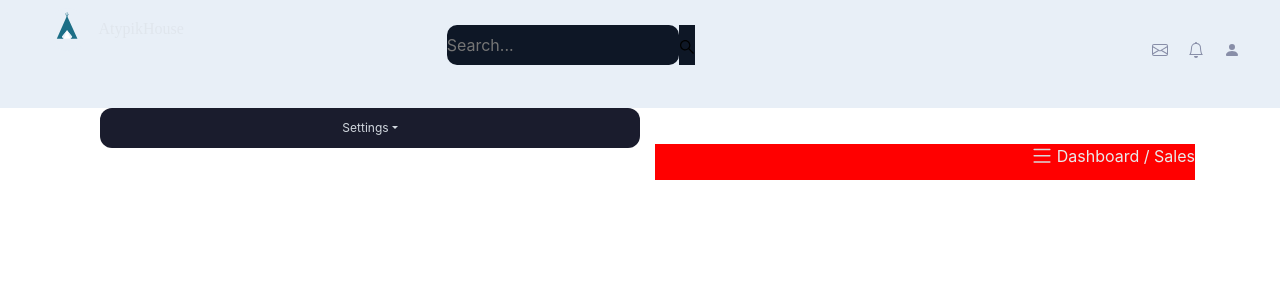
Repository: kifack/API-Symfony-AtypikHouse
Page: / (app in admin-frontend/)
The author's editor kept a copy of each file at every save. The page is drawn from the files as they stood at one save, then again after the next save.
The browser window is 1280 px wide. The pictures show the whole page.
Some web libraries are served in a nearby version. The project was rebuilt for these pictures with package versions that can differ from the ones it lists, and the page was loaded fresh each time. Also part of the build but not shown: admin-frontend/src/css/Responsive.css, admin-frontend/src/css/admin/navbar.css, admin-frontend/src/components/template_parts/Header.js, admin-frontend/src/components/template_parts/Footer.js, admin-frontend/src/components/template_parts/Sidebar.js, admin-frontend/src/components/partials/LocationEntry.js, admin-frontend/src/components/template_parts/Spinner.js, admin-frontend/src/actions/location.js and 26 more.

Above is the page before, as saved 2020-10-01 18:39:24.

### admin-frontend/public/index.html
<!DOCTYPE html>
<html lang="en">
  <head>
    <meta charset="utf-8" />
    <link rel="icon" href="%PUBLIC_URL%/atypikhouse.ico" />
    <meta name="viewport" content="width=device-width, initial-scale=1" />
    <meta name="theme-color" content="#000000" />
    <meta
      name="description"
      content="Web site created using create-react-app"
    />
    <link
      rel="stylesheet"
      href="https://use.fontawesome.com/releases/v5.8.1/css/all.css"
      integrity="sha384-50oBUHEmvpQ+1lW4y57PTFmhCaXp0ML5d60M1M7uH2+nqUivzIebhndOJK28anvf"
      crossorigin="anonymous"
    />
    <!--
      manifest.json provides metadata used when your web app is installed on a
      user's mobile device or desktop. See https://developers.google.com/web/fundamentals/web-app-manifest/
    -->
    <!-- <link rel="manifest" href="%PUBLIC_URL%/manifest.json" /> -->
    <!--
      Notice the use of %PUBLIC_URL% in the tags above.
      It will be replaced with the URL of the `public` folder during the build.
      Only files inside the `public` folder can be referenced from the HTML.

      Unlike "/favicon.ico" or "favicon.ico", "%PUBLIC_URL%/favicon.ico" will
      work correctly both with client-side routing and a non-root public URL.
      Learn how to configure a non-root public URL by running `npm run build`.
    -->
    <script
      src="https://code.jquery.com/jquery-3.5.1.min.js"
      integrity="sha256-9/aliU8dGd2tb6OSsuzixeV4y/faTqgFtohetphbbj0="
      crossorigin="anonymous"
    ></script>
    <script src="https://stackpath.bootstrapcdn.com/bootstrap/4.5.2/js/bootstrap.min.js"></script>
    <script
      src="https://code.jquery.com/jquery-3.5.1.min.js"
      integrity="sha256-9/aliU8dGd2tb6OSsuzixeV4y/faTqgFtohetphbbj0="
      crossorigin="anonymous"
    ></script>

    <script src="https://stackpath.bootstrapcdn.com/bootstrap/4.5.2/js/bootstrap.min.js"></script>
    <title>AtypikHouse</title>
  </head>
  <body>
    <noscript>You need to enable JavaScript to run this app.</noscript>
    <div id="root"></div>
    <!--
      This HTML file is a template.
      If you open it directly in the browser, you will see an empty page.

      You can add webfonts, meta tags, or analytics to this file.
      The build step will place the bundled scripts into the <body> tag.

      To begin the development, run `npm start` or `yarn start`.
      To create a production bundle, use `npm run build` or `yarn build`.
    -->
  </body>
</html>

### admin-frontend/src/index.js
import React from 'react';
import ReactDOM from 'react-dom';
import App from './components/App';
import 'bootstrap/dist/css/bootstrap.min.css';
import { Provider } from 'react-redux';
import configureStore from './store/store';
import HeaderBack from './components/backend/HeaderBack';


const store = configureStore();
ReactDOM.render(
  <React.StrictMode>
    <Provider store={store}>
      <HeaderBack />
    </Provider>

  </React.StrictMode>,
  document.getElementById('root')
);

### admin-frontend/src/store/store.js
import { createStore, applyMiddleware } from "redux";
import { composeWithDevTools } from "redux-devtools-extension";
import thunk from "redux-thunk";
import rootReducer from "../reducers";

const configureStore = () => {
  const initialState = {};

  const middleware = [thunk];

  const store = createStore(
    rootReducer,
    initialState,
    composeWithDevTools(applyMiddleware(...middleware))
  );
  return store;
};

export default configureStore;

### admin-frontend/src/components/backend/HeaderBack.js
import React from "react";
import { Navbar, Nav, Image, Row, Container, Col } from "react-bootstrap";
import { BsBell, BsEnvelope, BsFillPersonFill, BsList } from "react-icons/bs";
import { FaSistrix } from "react-icons/fa";
import logo from './../../media/logonegatif.svg';


class HeaderBack extends React.Component{
    render(){
        return(

            <header>
            <Navbar>

                <div className="blue-sky menuhaut">
                <Container >
                <Row className="align-items-center">
                    <Col>
                        <Nav.Link><Image class="logo"src={logo}/><span class="titlesite">AtypikHouse</span></Nav.Link>
                    </Col>
                    <Col>
                        <form >

                        <input  type="text" placeholder="Search..." aria-label="Search"  />
                        <button type="submit" ><FaSistrix className="icons"/></button>
                        </form>
                    </Col>
                    <Col className="d-flex justify-content-end">
                        <Nav.Link><BsEnvelope className="icon-env"/></Nav.Link>
                        <Nav.Link><BsBell className="icon-bell"/></Nav.Link>
                        <Nav.Link><BsFillPersonFill className="icon-person"/></Nav.Link>
                    </Col>
                </Row >
                </Container>
                </div>

                    <div class="sous-header">
                    <Container>
                    <Row className="align-items-center">
                        <Col>
                        <button class="dropdown-toggle" type="button" id="setting">Settings</button>
                        </Col>
                        <Col className="d-flex justify-content-end">
                        <BsList class="icon-list"/>
                        <span class="titlelist"> Dashboard / Sales</span>
                        </Col>


                    </Row>
                    </Container>
                    </div>

            </Navbar>
         </header>


        )
    }

}

export default HeaderBack;

### admin-frontend/src/utils/setAuthToken.js
import api from "./api";

const setAuthToken = (token) => {
  if (token) {
    console.log("setting...");
    api.defaults.headers.common.authorization = "Bearer " + token;
    localStorage.setItem("token", token);
  } else {
    console.log("deleting...");
    delete api.defaults.headers.common["Authorization"];
    localStorage.removeItem("token");
  }
};

export default setAuthToken;

### admin-frontend/src/css/App.css
:root {
  --primaryColor: #1c6e86;
  --secondaryColor :#060818;
  --tierColor: #1e2020;
  --white: #ffffff;
}

* {
  margin: 0;
  padding: 0;
  box-sizing: border-box;
}

@font-face {
  font-family: "title-logo";
  src: url("./../polices/vagnotie.otf");
}
@font-face {
  font-family: "title-block";
  src: url("./../polices/Vogue.ttf");
}
@font-face {
  font-family: "title-secondaire";
  src: url("./../polices/ArcaMajora3-Bold.otf");
}
@font-face {
  font-family : "sans-serifSpe";
  src: url("./../polices/Myriad-Pro_31655.ttf");
}

.blue-sky {
  background-color: var(--secondaryColor);
}
body .blue-Marine {
  background-color: var(--primaryColor);
}

.titleBlock {
  font-family: "title-block";
  padding-top: 30px;
  font-size: 1.3rem;
  color: var(--tiercolor);
}
.titleConte{
  text-align: center;
}
.btnNb{
  padding: 10px 20px;
  text-decoration: none;
  border-radius: 20px;
  font-family: "title-secondaire";
  font-size: 1rem;
}
.secondaryNb {
  color: var(--secondaryColor);
}
.btnNb:hover {
  text-decoration: none;
  color: var(--primaryColor);
  background-color: var(--secondaryColor);
}
.conteneurBtn {
  padding-top: 20px;
}
img {
  width: 100%;
}


/*********************************************************** Header backend ************************************************************************************/











.icon-list{

 color: #d9dadc;
 width: 30px;
 height: 25px;

}


.fond{
 background: #1a1c2d;
}

/* ################################# Header ###########################*/
header .navbar{
  padding: 0;
  margin: 0;
  display: block;
}

header .menuhaut{
  height: 15vh;
  padding: 0;
  margin: 0;
}
header .menuhaut .col:first-child{
  width: 30%;
  height: 15vh;

}
header .menuhaut .col:nth-child(2){
  width: 30%;
  height: 8vh;

}
header .menuhaut .col:nth-child(3){
  width: 30%;
  height: 5vh;

}
header .menuhaut .col:nth-child(3) .nav-link{
  padding-left: 10px;
  padding-right: 10px;
  padding-top: 0px;
  padding-bottom: 10px;

}

header .menuhaut .row{
  width: 100%;
  height: 15vh;
  margin: 0;
  padding: 0;

}
header .menuhaut .container{
  max-width: 100% ;
  margin: 0;

}

header .container img {
  width: 12%;
  margin-right: 10px;

}

.titlesite, .logo{

  color: #e0e6ed;
  width: 30px;
  font-family: "title-secondair";
  font-size: 1.0rem;
}

.icon-env, .icon-bell, .icon-person {
  color: #888ea8;
}

header .sous-header .row{
  width: 100%;
  height: 15vh;
  margin: 0;
  padding: 0;

}

header .sous-header .col:first-child{
  width: 30%;
  height: 15vh;

}

header .sous-header .col:nth-child(2){
  width: 30%;
  height: 5vh;
  padding: 0;
  background-color: red;
}





input{
  background-color: #0e1726;
  border: 0px;
  border-radius: 10px;
  height: 40px;
  width: 60%;
}

button{
  background-color: #0e1726;
  border: 0px;
  border-radius: 10px;
  height: 40px;
}


button#setting {
  background-color: #1a1c2d;
  color: #d2d8df;
  border-color: #212837;
  font-size: 12px;
  width: 100%;
  border-radius: 12px;
  }

  .titlelist{

    color: #e9e9ea;
   }

### admin-frontend/src/reducers/index.js
import { combineReducers } from "redux";
import auth from "./auth";
import location from "./location";
import user from "./user";
import comment from "./comment";
import destination from "./destination";
import category from "./category";
import thematic from "./thematic";
import field from "./field";

export default combineReducers({
  auth,
  location,
  user,
  comment,
  destination,
  category,
  thematic,
  field,
});

### admin-frontend/src/utils/api.js
import axios from "axios";
import store from "../store/store";
import { LOGOUT } from "../actions/types";

const api = axios.create({
  baseURL: "http://localhost:8000/api/v01",
  // baseURL: "http://api.f2i-dev2-ami-bc-akb-vyk.fr/api/v01",
  headers: {
    "Content-Type": "application/json",
    Accept: "application/json",
  },
});

const { dispatch } = store;

export default api;

### admin-frontend/src/css/sidebar.css
:root {
  --primaryColor: #0090d9;
  --secondaryColor: #e8f1f8;
  --tierColor: #1e2020;
  --white: #ffffff;
}

.sidebar {
  width: 240px;
  min-height: 100vh;
  transition: 0.4s;
  transition-property: width;
  background-color: #fff;

  /* background-image: linear-gradient(180deg, #4e73df 10%, #224abe 100%); */
  /* overflow-y: auto; */
}

.sidebar ul {
  /* color: var(--primaryColor); */
  height: 100%;
  width: 100%;
  list-style: none;
}
.sidebar .menu li {
  line-height: 60px;
  border-bottom: 1px solid #bdb8d7;
  border-bottom: 1px solid rgba(0, 0, 0, 0.05);
  border-top: 1px solid rgba(255, 255, 255, 0.05);
}
.sidebar .menu li:last-child {
  border-bottom: 1px solid rgba(255, 255, 255, 0.05);
}
.sidebar .menu li a {
  position: relative;
  text-decoration: none;
  color: #6c757d;
  font-size: 16px;
  padding-left: 20px;
  font-weight: 500;
  display: block;
  width: 100%;
  border-left: 3px solid transparent;
}
.sidebar .menu li a > i {
  color: var(--primaryColor);
  padding-right: 8px;
}
.sidebar .menu li.active a {
  color: #fff;
  background: #4e73df;
  /* border-left-color: #000; */
}
.sidebar .menu li a:hover {
  /* background-color: #4e73df; */
  opacity: 0.9;
  color: var(--primaryColor);
}
.sidebar .menu ul {
  position: static;
  display: none;
  background-color: #fff;
}

.sidebar .menu ul li {
  line-height: 50px;
  border-top: none;
  color: var(--primaryColor);
}

.sidebar ul li a .item {
  /* margin-left: 15px; */
  transition: 0.4s;
  transition-property: display;
}
.sidebar .menu ul li a {
  font-size: 15px;
  color: #6c757d;
  padding-left: 50px;
}
.sidebar .menu li.active ul li a {
  color: #e6e6e6;
  background: #1b1b1b;
  border-left-color: transparent;
}
.sidebar .menu ul li a:hover {
  border-left-color: var(--primaryColor);
  border-left-width: 5px;
}
.sidebar li a .caret-menu {
  position: absolute;
  top: 50%;
  right: 20px;
  transform: translateY(-50%);
  font-size: 18px;
  transition: transform 0.7s;
}
.sidebar li a span.rotate {
  transform: translateY(-50%) rotate(-180deg);
}

.wrapper.collapse-sidebar .sidebar {
  width: 70px;
}

.wrapper.collapse-sidebar .main_content {
  width: calc(100% - 70px);
}

.wrapper.collapse-sidebar .sidebar .item,
.submenu,
.wrapper.collapse-sidebar .sidebar .submenu li {
  display: none;
}

### admin-frontend/src/css/card.css
/* Navigation tabs */
:root {
  --primaryColor: #0090d9;
  --secondaryColor: #e8eff7;
  --tierColor: #1e2020;
  --white: #ffffff;
}
.tabs {
  /* width: 730px; */
  height: 100vh;
  overflow: hidden;
  border-radius: 5px;
  box-shadow: 5px 10px 5px #ccc;
  border: 1px solid #eee;
  margin-right: 10px;
}
.tabs .tab-header {
  /* height: 40px; */
  display: flex;
  align-items: center;
  width: 100%;
  padding: 15px;
  /* border: 1px solid #eee; */
}

.tabs .tab-header > div {
  width: calc(100% / 2);
  text-align: center;
  color: #888;
  font-weight: 600;
  cursor: pointer;
  font-size: 14px;
  text-transform: uppercase;
  outline: none;
}
/* .tabs .tab-header > div > i {
  display: block;
  margin-bottom: 5px;
} */
.tabs .tab-header > div.active {
  color: var(--primaryColor);
}
.tabs .tab-indicator {
  position: relative;
  width: calc(100% / 2);
  height: 5px;
  background: var(--primaryColor);
  left: 0px;
  border-radius: 5px;
  transition: all 500ms ease-in-out;
}
.tabs .tab-body {
  position: relative;
  height: calc(100% - 60px);
  padding: 10px 5px;
}
.tabs .tab-body > div {
  padding: 20px;
  position: absolute;
  width: 100%;
  top: -200%;
  opacity: 0;
  transform: scale(0.9);
  transition: opacity 500ms ease-in-out 0ms, transform 500ms ease-in-out 0ms;
}
.tabs .tab-body > div.active {
  top: 0px;
  opacity: 1;
  transform: scale(1);
}

/* Display location  */
.img-container {
  position: relative;
}
/* Next & previous buttons */
.prev,
.next {
  cursor: pointer;
  position: absolute;
  text-decoration: none !important;
  top: 50%;
  width: auto;
  margin-top: -22px;
  padding: 16px;
  color: white !important;
  font-weight: bold;
  font-size: 18px;
  transition: 0.6s ease;
  border-radius: 0 3px 3px 0;
  user-select: none;
}

/* Position the "next button" to the right */
.next {
  right: 0;
  border-radius: 3px 0 0 3px;
}
.prev {
  left: 0;
}

/* On hover, add a black background color with a little bit see-through */
.prev:hover,
.next:hover {
  background-color: rgba(0, 0, 0, 0.8);
}
/* Fading animation */
.custom-fade {
  -webkit-animation-name: fade;
  -webkit-animation-duration: 1.5s;
  animation-name: fade;
  animation-duration: 1.5s;
}

@-webkit-keyframes fade {
  from {
    opacity: 0.4;
  }
  to {
    opacity: 1;
  }
}

@keyframes fade {
  from {
    opacity: 0.4;
  }
  to {
    opacity: 1;
  }
}

### admin-frontend/src/reducers/auth.js
import {
  LOAD_USER_REQUEST,
  USER_LOADED,
  AUTH_ERROR,
  LOGIN_REQUEST,
  LOGIN_SUCCESS,
  LOGIN_FAIL,
  LOGOUT,
} from "../actions/types";
import setAuthToken from "../utils/setAuthToken";

const initialState = {
  token: localStorage.getItem("token"),
  isAuthenticated: false,
  loading: false,
  user: null,
  isLogining: false,
  error: null,
};

export default function (state = initialState, action) {
  const { type, payload } = action;

  switch (type) {
    case LOAD_USER_REQUEST:
      return {
        ...state,
        loading: true,
      };
    case USER_LOADED:
      if (payload.roles.indexOf("ROLE_ADMIN") >= 0) {
        return {
          ...state,
          isAuthenticated: true,
          loading: false,
          user: payload,
        };
      } else {
        return {
          ...state,
          isAuthenticated: false,
          loading: false,
          error: "Vous n'avez pas des droits d'accés",
        };
      }
    case LOGIN_REQUEST:
      return {
        ...state,
        isLogining: true,
      };
    case LOGIN_SUCCESS:
      if (payload.user.roles.indexOf("ROLE_ADMIN") >= 0) {
        localStorage.setItem("token", payload.token);
        setAuthToken(payload.token);
        return {
          ...state,
          isAuthenticated: true,
          isLogining: false,
          user: payload.user,
        };
      } else {
        return {
          ...state,
          isAuthenticated: false,
          isLogining: false,
          error: "Vous n'avez pas des droits d'accéss",
        };
      }

    case AUTH_ERROR:
    case LOGOUT:
      console.log("logout");
      localStorage.removeItem("token");
      return {
        ...state,
        token: null,
        isAuthenticated: false,
        loading: false,
        user: null,
        error: payload,
      };

    case LOGIN_FAIL:
      return {
        ...state,
        isLogining: false,
        error: payload.message,
      };

    default:
      return state;
  }
}

### admin-frontend/src/reducers/location.js
import {
  LOAD_LOCATIONS,
  LOAD_LOCATIONS_SUCCESS,
  LOAD_LOCATIONS_ERROR,
  VALIDATE_LOCATION,
  VALIDATE_LOCATION_ERROR,
  DEACTIVATE_LOCATION,
  DEACTIVATE_LOCATION_ERROR,
  LOAD_LOCATION,
  LOAD_LOCATION_SUCCESS,
  LOAD_LOCATION_ERROR,
} from "../actions/types";

const initialState = {
  locations: [],
  location: null,
  loading: false,
  loadingLocation: true,
};

export default function (state = initialState, action) {
  const { type, payload } = action;
  let index, locations;

  switch (type) {
    case LOAD_LOCATIONS:
      return {
        ...state,
        loading: true,
      };
    case LOAD_LOCATIONS_SUCCESS:
      return {
        ...state,
        locations: payload,
        loading: false,
      };

    case LOAD_LOCATION:
      return {
        ...state,
        loadingLocation: true,
        location: null,
      };
    case LOAD_LOCATION_SUCCESS:
      return {
        ...state,
        location: payload,
        loadingLocation: false,
      };
    case VALIDATE_LOCATION:
      index = state.locations.findIndex((item) => item.id === payload);
      locations = state.locations;
      locations[index].status = 1;

      return {
        ...state,
        locations: [...locations],
        loading: false,
      };
    case DEACTIVATE_LOCATION:
      index = state.locations.findIndex((item) => item.id === payload);
      locations = state.locations;
      locations[index].status = 2;

      return {
        ...state,
        locations: [...locations],
        loading: false,
      };

    default:
      return state;
  }
}

### admin-frontend/src/reducers/user.js
import {
  LOAD_USERS,
  LOAD_USERS_ERROR,
  LOAD_USERS_SUCCESS,
  LOAD_USER,
  LOAD_USER_SUCCESS,
  LOAD_USER_ERROR,
  TOGGLE_SIDEBAR,
  ACTIVATE_USER,
  ACTIVATE_USER_ERROR,
  DEACTIVATE_USER,
  DEACTIVATE_USER_ERROR,
} from "../actions/types";

const initialState = {
  users: [],
  user: null,
  loading: false,
  loadingUser: true,
  showSidebar: true,
};

export default function (state = initialState, action) {
  const { type, payload } = action;
  let index, users;

  switch (type) {
    case LOAD_USERS:
      return {
        ...state,
        loading: true,
      };
    case LOAD_USERS_SUCCESS:
      return {
        ...state,
        users: payload,
        loading: false,
      };

    case LOAD_USER:
      return {
        ...state,
        user: null,
        loadingUser: true,
      };
    case LOAD_USER_SUCCESS:
      return {
        ...state,
        user: payload,
        loadingUser: false,
      };
    case ACTIVATE_USER:
      index = state.users.findIndex((item) => item.id === payload);
      users = state.users;
      users[index].status = 1;

      return {
        ...state,
        users: [...users],
        loading: false,
      };
    case DEACTIVATE_USER:
      index = state.users.findIndex((item) => item.id === payload);
      users = state.users;
      users[index].status = 0;

      return {
        ...state,
        users: [...users],
        loading: false,
      };

    case TOGGLE_SIDEBAR:
      return {
        ...state,
        showSidebar: !state.showSidebar,
      };

    default:
      return state;
  }
}

### admin-frontend/src/reducers/comment.js
import {
  LOAD_COMMENTS,
  LOAD_COMMENTS_SUCCESS,
  LOAD_COMMENTS_ERROR,
  DELETE_COMMENT,
  DELETE_COMMENT_ERROR,
} from "../actions/types";

const initialState = {
  comments: [],
  loading: false,
};

export default function (state = initialState, action) {
  const { type, payload } = action;

  switch (type) {
    case LOAD_COMMENTS:
      return {
        ...state,
        loading: true,
      };

    case LOAD_COMMENTS_SUCCESS:
      return {
        ...state,
        comments: payload,
        loading: false,
      };
    case DELETE_COMMENT:
      let filteredComments = state.comments.filter(
        (item) => item.id !== payload
      );
      return {
        ...state,
        comments: [...filteredComments],
        loading: false,
      };

    default:
      return state;
  }
}

### admin-frontend/src/reducers/destination.js
import {
  LOAD_DESTINATIONS,
  LOAD_DESTINATIONS_SUCCESS,
  LOAD_DESTINATIONS_ERROR,
  ADD_DESTINATION,
  ADD_DESTINATION_ERROR,
} from "../actions/types";

const initialState = {
  destinations: [],
  loading: false,
};

export default function (state = initialState, action) {
  const { type, payload } = action;

  switch (type) {
    case ADD_DESTINATION:
      return {
        ...state,
        destinations: [...state.destinations, payload],
        loading: false,
      };
    case LOAD_DESTINATIONS:
      return {
        ...state,
        loading: true,
      };
    case LOAD_DESTINATIONS_SUCCESS:
      return {
        ...state,
        destinations: payload,
        loading: false,
      };

    default:
      return state;
  }
}

### admin-frontend/src/reducers/category.js
import {
  LOAD_CATEGORIES,
  LOAD_CATEGORIES_SUCCESS,
  LOAD_CATEGORIES_ERROR,
  ADD_CATEGORY,
  ADD_CATEGORY_ERROR,
} from "../actions/types";

const initialState = {
  categories: [],
  loading: false,
};

export default function (state = initialState, action) {
  const { type, payload } = action;

  switch (type) {
    case LOAD_CATEGORIES:
      return {
        ...state,
        loading: true,
      };
    case LOAD_CATEGORIES_SUCCESS:
      return {
        ...state,
        categories: [...payload],
        loading: false,
      };
    case ADD_CATEGORY:
      return {
        ...state,
        categories: [...state.categories, payload],
        loading: false,
      };

    default:
      return state;
  }
}

### admin-frontend/src/reducers/thematic.js
import {
  LOAD_THEMATICS,
  LOAD_THEMATICS_SUCCESS,
  LOAD_THEMATICS_ERROR,
  ADD_THEMATIC,
  ADD_THEMATIC_ERROR,
} from "../actions/types";

const initialState = {
  thematics: [],
  loading: false,
};

export default function (state = initialState, action) {
  const { type, payload } = action;

  switch (type) {
    case ADD_THEMATIC:
      return {
        ...state,
        thematics: [...state.thematics, payload],
        loading: false,
      };

    case LOAD_THEMATICS:
      return {
        ...state,
        loading: true,
      };

    case LOAD_THEMATICS_SUCCESS:
      return {
        ...state,
        thematics: payload,
        loading: false,
      };

    default:
      return state;
  }
}

### admin-frontend/src/reducers/field.js
import {
  LOAD_FIELDS,
  LOAD_FIELDS_ERROR,
  ADD_FIELD,
  ADD_FIELD_ERROR,
} from "../actions/types";

const initialState = {
  fields: [],
  loading: true,
};

export default function (state = initialState, action) {
  const { type, payload } = action;

  switch (type) {
    case LOAD_FIELDS:
      return {
        ...state,
        fields: [...payload],
        loading: false,
      };
    case ADD_FIELD:
      return {
        ...state,
        fields: [...state.fields, payload],
        loading: false,
      };

    default:
      return state;
  }
}

### admin-frontend/src/css/spinner.css
/* https://projects.lukehaas.me/css-loaders/ */
:root {
  --primaryColor: #0090d9;
  --secondaryColor: #e8eff7;
  --tierColor: #1e2020;
  --white: #ffffff;
}

.spinner {
  width: 100%;
  height: 100%;
  display: flex;
  align-items: center;
  justify-content: center;
  /* background-color: rgb(0, 0, 0); */
  /* background-color: #eee; */
}

.loader {
  color: var(--primaryColor);
  font-size: 20px;
  margin: 100px auto;
  width: 1em;
  height: 1em;
  border-radius: 50%;
  position: relative;
  text-indent: -9999em;
  -webkit-animation: load4 1.3s infinite linear;
  animation: load4 1.3s infinite linear;
  -webkit-transform: translateZ(0);
  -ms-transform: translateZ(0);
  transform: translateZ(0);
}
@-webkit-keyframes load4 {
  0%,
  100% {
    box-shadow: 0 -3em 0 0.2em, 2em -2em 0 0em, 3em 0 0 -1em, 2em 2em 0 -1em,
      0 3em 0 -1em, -2em 2em 0 -1em, -3em 0 0 -1em, -2em -2em 0 0;
  }
  12.5% {
    box-shadow: 0 -3em 0 0, 2em -2em 0 0.2em, 3em 0 0 0, 2em 2em 0 -1em,
      0 3em 0 -1em, -2em 2em 0 -1em, -3em 0 0 -1em, -2em -2em 0 -1em;
  }
  25% {
    box-shadow: 0 -3em 0 -0.5em, 2em -2em 0 0, 3em 0 0 0.2em, 2em 2em 0 0,
      0 3em 0 -1em, -2em 2em 0 -1em, -3em 0 0 -1em, -2em -2em 0 -1em;
  }
  37.5% {
    box-shadow: 0 -3em 0 -1em, 2em -2em 0 -1em, 3em 0em 0 0, 2em 2em 0 0.2em,
      0 3em 0 0em, -2em 2em 0 -1em, -3em 0em 0 -1em, -2em -2em 0 -1em;
  }
  50% {
    box-shadow: 0 -3em 0 -1em, 2em -2em 0 -1em, 3em 0 0 -1em, 2em 2em 0 0em,
      0 3em 0 0.2em, -2em 2em 0 0, -3em 0em 0 -1em, -2em -2em 0 -1em;
  }
  62.5% {
    box-shadow: 0 -3em 0 -1em, 2em -2em 0 -1em, 3em 0 0 -1em, 2em 2em 0 -1em,
      0 3em 0 0, -2em 2em 0 0.2em, -3em 0 0 0, -2em -2em 0 -1em;
  }
  75% {
    box-shadow: 0em -3em 0 -1em, 2em -2em 0 -1em, 3em 0em 0 -1em, 2em 2em 0 -1em,
      0 3em 0 -1em, -2em 2em 0 0, -3em 0em 0 0.2em, -2em -2em 0 0;
  }
  87.5% {
    box-shadow: 0em -3em 0 0, 2em -2em 0 -1em, 3em 0 0 -1em, 2em 2em 0 -1em,
      0 3em 0 -1em, -2em 2em 0 0, -3em 0em 0 0, -2em -2em 0 0.2em;
  }
}
@keyframes load4 {
  0%,
  100% {
    box-shadow: 0 -3em 0 0.2em, 2em -2em 0 0em, 3em 0 0 -1em, 2em 2em 0 -1em,
      0 3em 0 -1em, -2em 2em 0 -1em, -3em 0 0 -1em, -2em -2em 0 0;
  }
  12.5% {
    box-shadow: 0 -3em 0 0, 2em -2em 0 0.2em, 3em 0 0 0, 2em 2em 0 -1em,
      0 3em 0 -1em, -2em 2em 0 -1em, -3em 0 0 -1em, -2em -2em 0 -1em;
  }
  25% {
    box-shadow: 0 -3em 0 -0.5em, 2em -2em 0 0, 3em 0 0 0.2em, 2em 2em 0 0,
      0 3em 0 -1em, -2em 2em 0 -1em, -3em 0 0 -1em, -2em -2em 0 -1em;
  }
  37.5% {
    box-shadow: 0 -3em 0 -1em, 2em -2em 0 -1em, 3em 0em 0 0, 2em 2em 0 0.2em,
      0 3em 0 0em, -2em 2em 0 -1em, -3em 0em 0 -1em, -2em -2em 0 -1em;
  }
  50% {
    box-shadow: 0 -3em 0 -1em, 2em -2em 0 -1em, 3em 0 0 -1em, 2em 2em 0 0em,
      0 3em 0 0.2em, -2em 2em 0 0, -3em 0em 0 -1em, -2em -2em 0 -1em;
  }
  62.5% {
    box-shadow: 0 -3em 0 -1em, 2em -2em 0 -1em, 3em 0 0 -1em, 2em 2em 0 -1em,
      0 3em 0 0, -2em 2em 0 0.2em, -3em 0 0 0, -2em -2em 0 -1em;
  }
  75% {
    box-shadow: 0em -3em 0 -1em, 2em -2em 0 -1em, 3em 0em 0 -1em, 2em 2em 0 -1em,
      0 3em 0 -1em, -2em 2em 0 0, -3em 0em 0 0.2em, -2em -2em 0 0;
  }
  87.5% {
    box-shadow: 0em -3em 0 0, 2em -2em 0 -1em, 3em 0 0 -1em, 2em 2em 0 -1em,
      0 3em 0 -1em, -2em 2em 0 0, -3em 0em 0 0, -2em -2em 0 0.2em;
  }
}

Loaded but not shown: admin-frontend/src/actions/types.js (79 lines, source omitted)

After the next save:
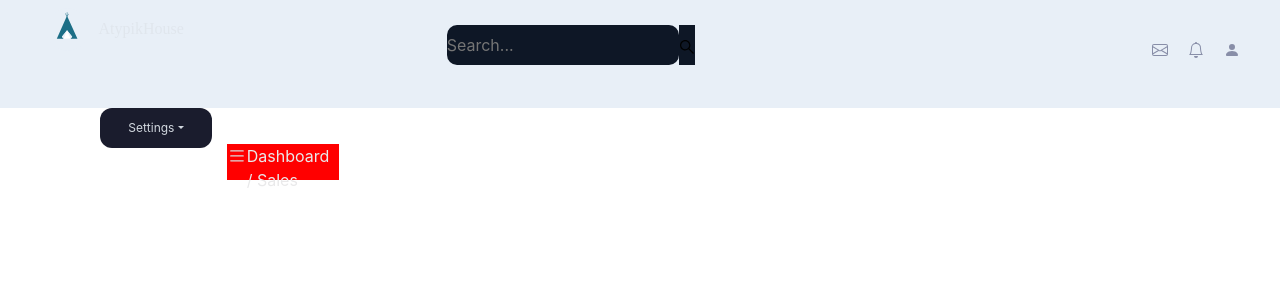
Saved 16 s later.
--- a/admin-frontend/src/css/App.css
+++ b/admin-frontend/src/css/App.css
@@ -159,8 +159,7 @@ header .container img {
 }
 
 header .sous-header .row{
-  width: 100%;
-  height: 15vh;
+
   margin: 0;
   padding: 0;
 
